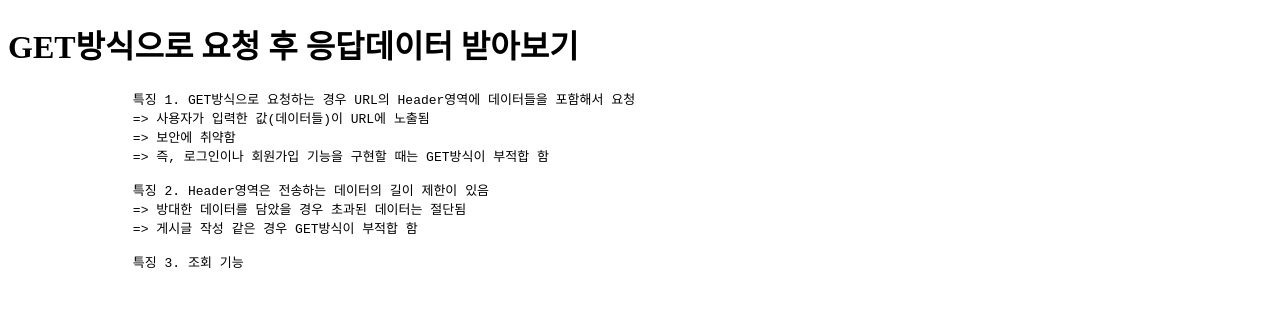
Repository: Rostreaca/0922_Web
Page: MyFirstWebProject/src/main/webapp/views/request_get.html
An editor plug-in stored every save of this project. The page is shown before and after the next save, followed by the edit.
The browser window is 1280 px wide. The pictures show the whole page.

Above is the page before, as saved 2025-09-22 07:42:43.

After the next save:
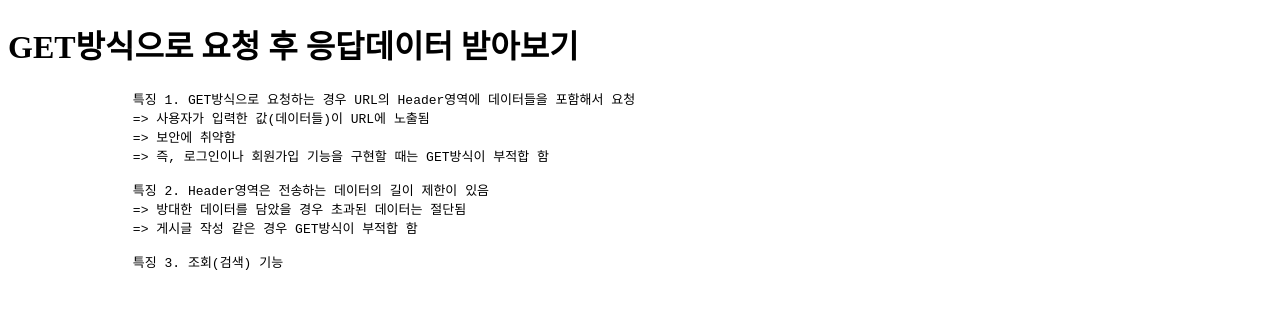
Saved 11 s later.
--- a/MyFirstWebProject/src/main/webapp/views/request_get.html
+++ b/MyFirstWebProject/src/main/webapp/views/request_get.html
@@ -23,7 +23,7 @@
 		=> 방대한 데이터를 담았을 경우 초과된 데이터는 절단됨
 		=> 게시글 작성 같은 경우 GET방식이 부적합 함
 
-		특징 3. 조회 기능
+		특징 3. 조회(검색) 기능
 
 	</pre>
 
